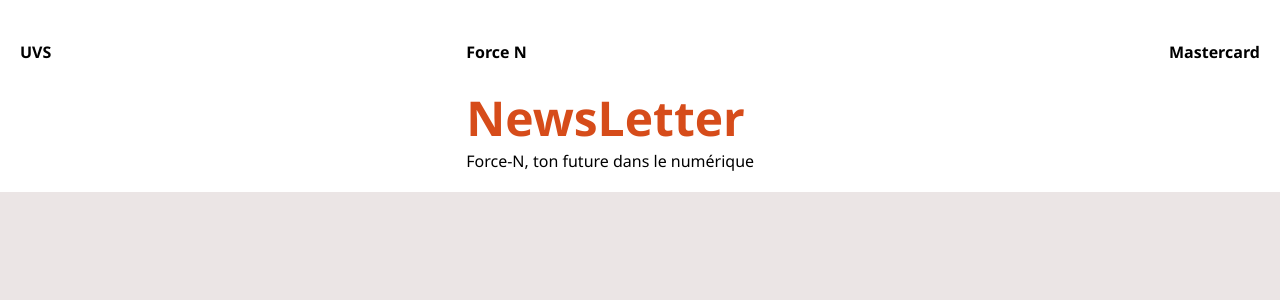
Repository: Ken-dia/newsletters_force_n
Page: index.html
These files come from the project's save history. The page is drawn as it stood at one moment and after the next save; the edit follows.
The browser window is 1280 px wide. The pictures show the whole page.

Above is the page before, as saved 2024-04-18 12:59:30.

### index.html
<!DOCTYPE html>
<html lang="en">
<head>
    <meta charset="UTF-8">
    <meta name="viewport" content="width=device-width, initial-scale=1.0">
    <link rel="stylesheet" href="styles.css">
    <title>FORCEN</title>
</head>
<body>
    <div class="entete">
        <div class="logos">
            <div class="logo">
                <h4>UVS</h4>
            </div>
            <div class="logo">
                <h4>Force N</h4>
                <div class="title-newsletters">NewsLetter</div>
                <div class="subtitle-newsletters">Force-N, ton future dans le numérique</div>
            </div>
            <div class="logo">
                <h4>Mastercard</h4>
            </div>

        </div>
    </div>

</body>
</html>

### styles.css
body {
    font-family: 'Segoe UI', Tahoma, Geneva, Verdana, sans-serif;
    background-color: rgb(235, 229, 229);
   margin: 0px;
}
.entete {
    background-color: white;
    padding: 20px;
}
.logos {
    display: flex;
    justify-content: space-between;
}
.title-newsletters {
    color: rgb(214, 76, 26);
    font-size: 3rem;
    font-weight: 950;

}

After the next save:
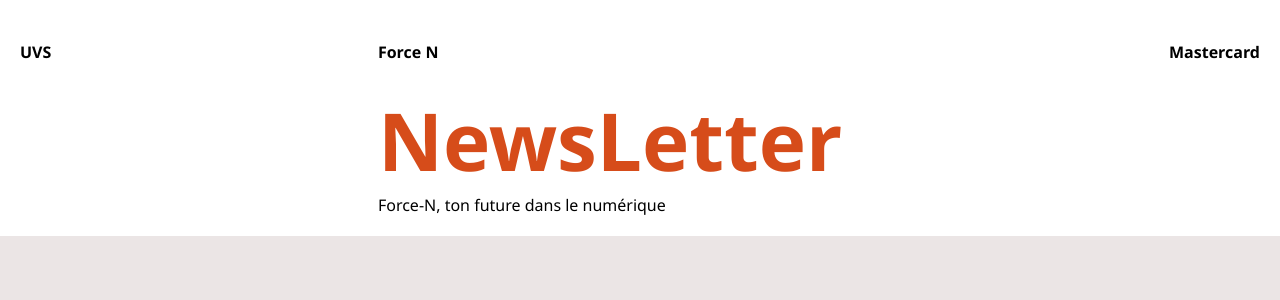
Saved 23 s later.
--- a/styles.css
+++ b/styles.css
@@ -13,7 +13,7 @@
 }
 .title-newsletters {
     color: rgb(214, 76, 26);
-    font-size: 3rem;
+    font-size: 5rem;
     font-weight: 950;
 
 }
